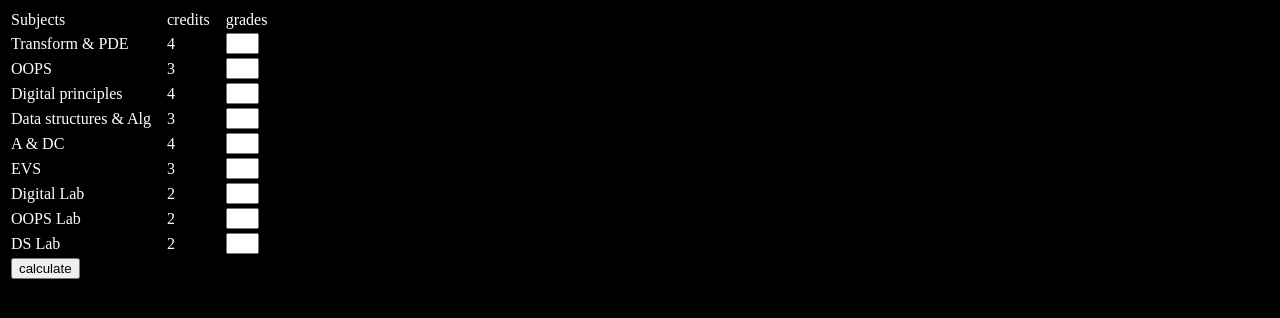
Repository: vigineshs/Mobile-Applications
Page: AnnaUniv GPA Calc/AnnaUniv GPA Calculator Updated/assets/www/cse08sem3.html
These files come from the project's save history. The page is drawn as it stood at one moment and after the next save; the edit follows.
The browser window is 1280 px wide. The pictures show the whole page.

Above is the page before, as saved 2012-05-08 10:44:43.

After the next save:
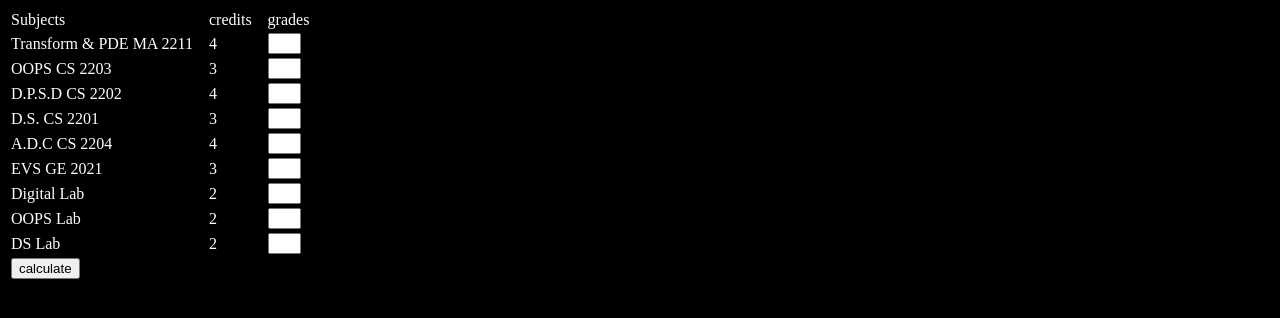
Saved 2 min 13 s later.
--- a/AnnaUniv GPA Calc/AnnaUniv GPA Calculator Updated/assets/www/cse08sem3.html
+++ b/AnnaUniv GPA Calc/AnnaUniv GPA Calculator Updated/assets/www/cse08sem3.html
@@ -216,12 +216,12 @@ window.alert(g);
 <tr><td>Subjects</td><td>&nbsp;&nbsp;&nbsp;credits</td><td>&nbsp;&nbsp;&nbsp;grades</td>
 <tr>
 <td>
-Transform & PDE</td><td>&nbsp;&nbsp;&nbsp;4</td> <td>&nbsp;&nbsp;&nbsp;<input type="text" size="1" name="t1" /></td></tr>
-<tr><td>OOPS</td><td>&nbsp;&nbsp;&nbsp;3</td> <td>&nbsp;&nbsp;&nbsp;<input type="text" size="1" name="t2" /></td></tr>
-<tr><td>Digital principles </td><td>&nbsp;&nbsp;&nbsp;4</td><td>&nbsp;&nbsp;&nbsp;<input type="text" size="1" name="t3" /></td></tr>
-<tr><td>Data structures & Alg</td> <td>&nbsp;&nbsp;&nbsp;3</td><td>&nbsp;&nbsp;&nbsp;<input type="text" size="1" name="t4" /></td></tr>
-<tr><td>A & DC</td><td>&nbsp;&nbsp;&nbsp;4</td> <td>&nbsp;&nbsp;&nbsp;<input type="text" size="1" name="t5" /></td></tr>
-<tr><td>EVS</td> <td>&nbsp;&nbsp;&nbsp;3</td><td>&nbsp;&nbsp;&nbsp;<input type="text" size="1" name="t6" /></td></tr>
+Transform & PDE MA 2211</td><td>&nbsp;&nbsp;&nbsp;4</td> <td>&nbsp;&nbsp;&nbsp;<input type="text" size="1" name="t1" /></td></tr>
+<tr><td>OOPS CS 2203</td><td>&nbsp;&nbsp;&nbsp;3</td> <td>&nbsp;&nbsp;&nbsp;<input type="text" size="1" name="t2" /></td></tr>
+<tr><td>D.P.S.D CS 2202</td><td>&nbsp;&nbsp;&nbsp;4</td><td>&nbsp;&nbsp;&nbsp;<input type="text" size="1" name="t3" /></td></tr>
+<tr><td>D.S. CS 2201</td> <td>&nbsp;&nbsp;&nbsp;3</td><td>&nbsp;&nbsp;&nbsp;<input type="text" size="1" name="t4" /></td></tr>
+<tr><td>A.D.C CS 2204</td><td>&nbsp;&nbsp;&nbsp;4</td> <td>&nbsp;&nbsp;&nbsp;<input type="text" size="1" name="t5" /></td></tr>
+<tr><td>EVS GE 2021</td> <td>&nbsp;&nbsp;&nbsp;3</td><td>&nbsp;&nbsp;&nbsp;<input type="text" size="1" name="t6" /></td></tr>
 <tr><td>Digital Lab</td><td>&nbsp;&nbsp;&nbsp;2</td> <td>&nbsp;&nbsp;&nbsp;<input type="text" size="1" name="t7" /></td></tr>
 <tr><td>OOPS Lab</td><td>&nbsp;&nbsp;&nbsp;2</td> <td>&nbsp;&nbsp;&nbsp;<input type="text" size="1" name="t8" /></td></tr>
 <tr><td>DS Lab</td><td>&nbsp;&nbsp;&nbsp;2</td> <td>&nbsp;&nbsp;&nbsp;<input type="text" size="1" name="t9" /></td></tr>
